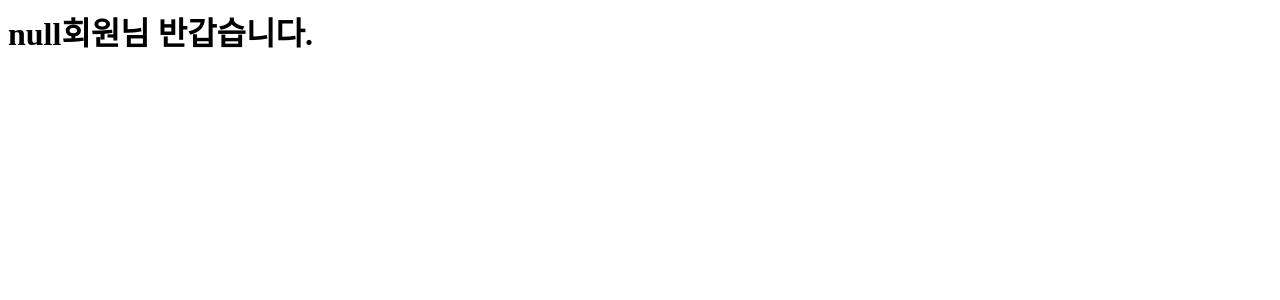
Repository: kwan9069/Starters_Webserver
Page: http://localhost/servlettest/forward2
The author's editor kept a copy of each file at every save. The page is drawn from the files as they stood at one save, then again after the next save.
The browser window is 1280 px wide. The pictures show the whole page.
The page is served by Tomcat 9. Other server files are loaded and not shown.

Above is the page before, as saved 2023-01-05 01:58:33.

### servlettest/src/main/java/forward/ForwardTest2.java
package forward;

import java.io.IOException;
import java.io.PrintWriter;

import javax.servlet.ServletException;
import javax.servlet.annotation.WebServlet;
import javax.servlet.http.HttpServlet;
import javax.servlet.http.HttpServletRequest;
import javax.servlet.http.HttpServletResponse;

/**
 * Servlet implementation class ForwardTest1
 */
@WebServlet("/forward2")
public class ForwardTest2 extends HttpServlet {

	protected void doGet(HttpServletRequest request, HttpServletResponse response)
			throws ServletException, IOException {

//	String id=request.getParameter("id");
//	request.setAttribute("upperid", id.toUpperCase());
	response.setContentType("text/html;charset=utf-8");
	PrintWriter out=response.getWriter();
	out.print("<h1>"+request.getAttribute("upperid")+ "회원님 반갑습니다.</h1>");
	}


}

After the next save:
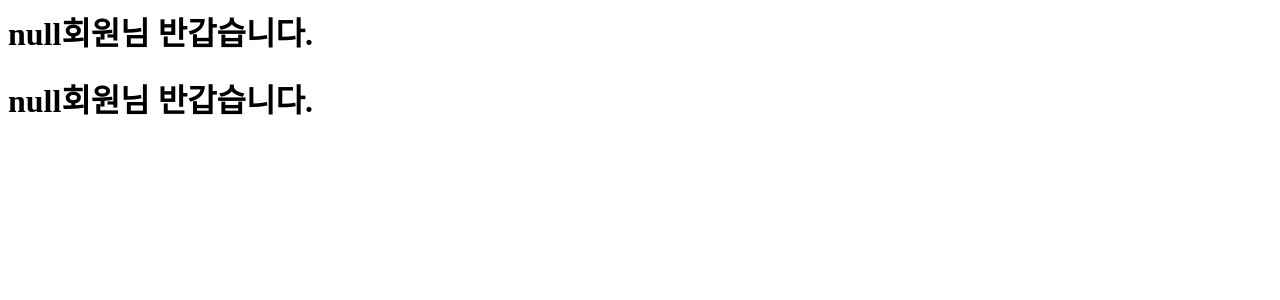
Saved 5 min 24 s later.
--- a/servlettest/src/main/java/forward/ForwardTest2.java
+++ b/servlettest/src/main/java/forward/ForwardTest2.java
@@ -23,6 +23,7 @@ public class ForwardTest2 extends HttpServlet {
 	response.setContentType("text/html;charset=utf-8");
 	PrintWriter out=response.getWriter();
 	out.print("<h1>"+request.getAttribute("upperid")+ "회원님 반갑습니다.</h1>");
+	out.print("<h1>"+request.getParameter("upperid")+ "회원님 반갑습니다.</h1>");
 	}
 
 
